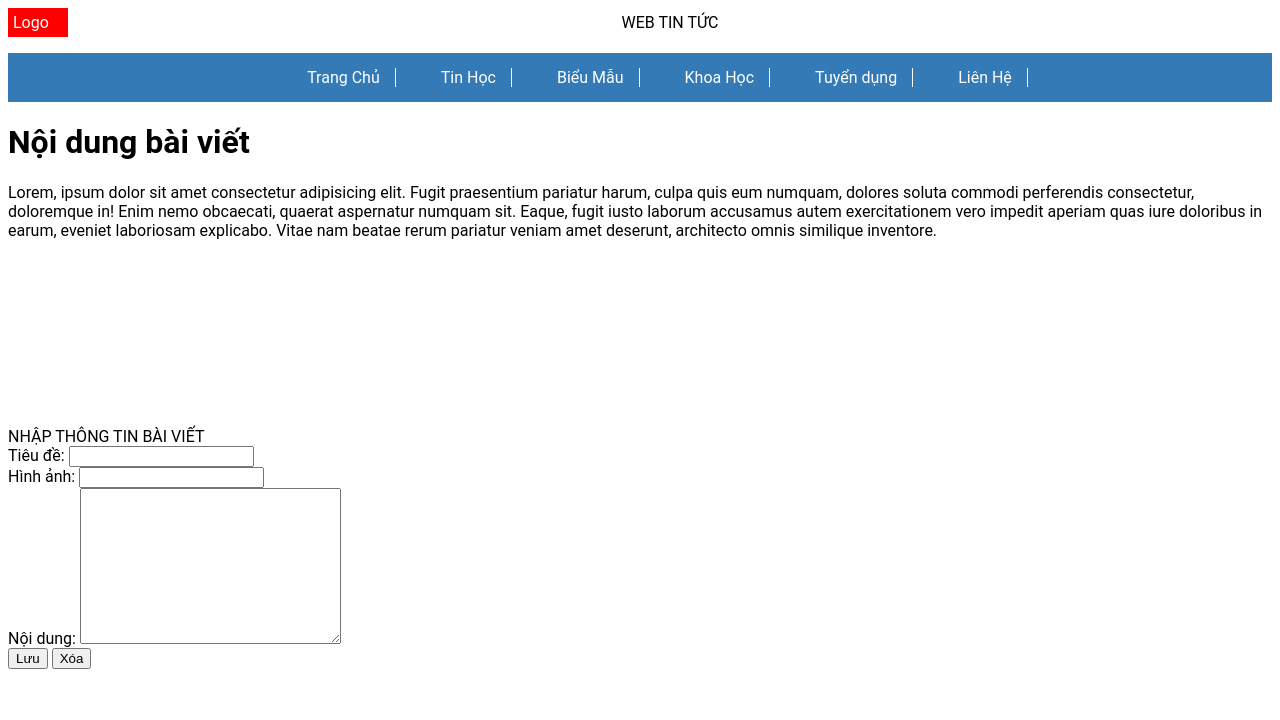
Repository: AnhDuc0125/HTML-Aptech
Page: bt2217/index.html
These files come from the project's save history. The page is drawn as it stood at one moment and after the next save; the edit follows.
The browser window is 1280 px wide. The pictures show the whole page.

Above is the page before, as saved 2021-12-25 12:46:16.

### bt2217/index.html
<!DOCTYPE html>
<html lang="en">
<head>
    <meta charset="UTF-8">
    <meta http-equiv="X-UA-Compatible" content="IE=edge">
    <meta name="viewport" content="width=device-width, initial-scale=1.0">
    <link rel="stylesheet" href="style.css">
    <title>Web quản lý tin tức</title>
</head>
<body>
    <header>
        <div class="header-top">
            <div class="header-top_left">Logo</div>
            <div class="header-top_right">WEB TIN TỨC</div>
        </div>
        <nav>
            <ul class="nav_bar">
                <li>Trang Chủ</li>
                <li>Tin Học</li>
                <li>Biểu Mẫu</li>
                <li>Khoa Học</li>
                <li>Tuyển dụng</li>
                <li>Liên Hệ</li>
            </ul>
        </nav>
    </header>
    <main>
        <div class="main_left">
            <h1>Nội dung bài viết</h1>
            <p>Lorem, ipsum dolor sit amet consectetur adipisicing elit. Fugit praesentium pariatur harum, culpa quis eum numquam, dolores soluta commodi perferendis consectetur, doloremque in! Enim nemo obcaecati, quaerat aspernatur numquam sit.
            Eaque, fugit iusto laborum accusamus autem exercitationem vero impedit aperiam quas iure doloribus in earum, eveniet laboriosam explicabo. Vitae nam beatae rerum pariatur veniam amet deserunt, architecto omnis similique inventore.</p>
        </div>
        <div class="main_right">
            <div class="main_right-inner">
                <ul>
                    <li>Bài 1</li>
                    <li>Bài 2</li>
                    <li>Bài 3</li>
                    <li>Bài 4</li>
                    <li>Bài 5</li>
                </ul>
            </div>
        </div>
    </main>
    <footer>
        NHẬP THÔNG TIN BÀI VIẾT
        <form>
            <div class="form-inner">
                <label for="">Tiêu đề: </label>
                <input type="text">
            </div>
            <div class="form-inner">
                <label for="">Hình ảnh: </label>
                <input type="text">
            </div>
            <div class="form-inner">
                <label for="">Nội dung: </label>
                <textarea name="" id="" cols="30" rows="10"></textarea>
            </div>
            <div class="form-inner">
                <button type="submit">Lưu</button>
                <button type="reset">Xóa</button>
            </div>
        </form>
    </footer>
</body>
</html>

### bt2217/style.css
body {
    font-family: roboto;
}

.header-top {
    display: flex;
    align-items: center;
}

.header-top_left {
    color: white;
    background-color: red;
    width: 50px;
    padding: 5px;
}

.header-top_right {
    margin: 0 auto;
}

.nav_bar {
    display: flex;
    list-style-type: none;
    background-color: #337ab7;
    justify-content: center;
}

li {
    padding: 0px 15px;
    margin: 15px;
    color: white;
    border-right: solid 0.5px white;
}

main {
    width: 100%;
}

.main-left {
    width: 70%;
}

.main-right {
    width: 30%;
}

After the next save:
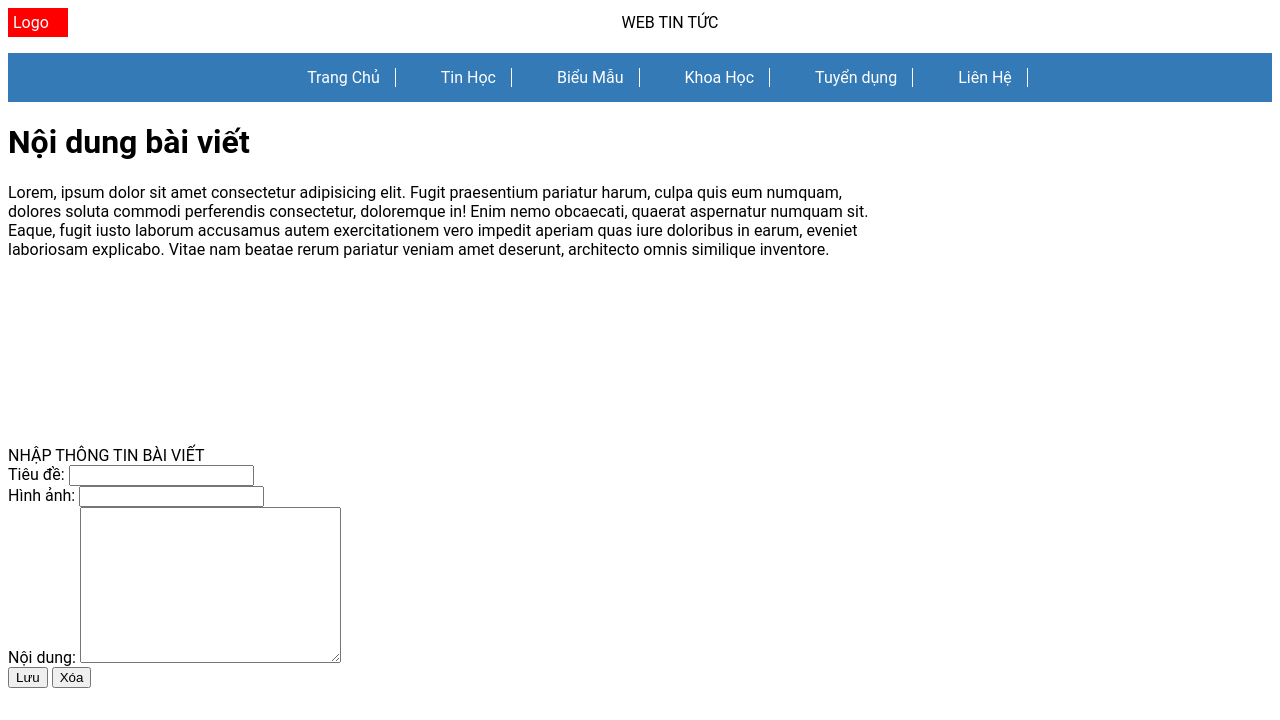
Saved 26 s later.
--- a/bt2217/style.css
+++ b/bt2217/style.css
@@ -36,7 +36,7 @@ main {
     width: 100%;
 }
 
-.main-left {
+.main_left {
     width: 70%;
 }
 
